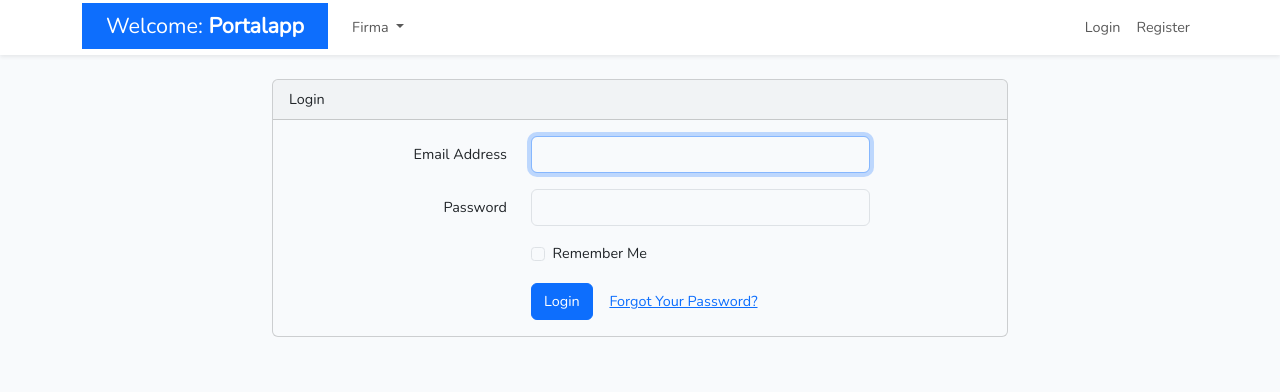
Repository: oguzhansade/portalapp
Page: http://localhost/login
An editor plug-in stored every save of this project. The page is shown before and after the next save, followed by the edit.
The browser window is 1280 px wide. The pictures show the whole page.
The page is served by the project's Laravel application, run on PHP 8.4 with Laravel 9. Style sheets and scripts are compiled from the project's sources, by tool versions that may differ from the author's.

Above is the page before, as saved 2023-06-22 22:12:09.

After the next save:
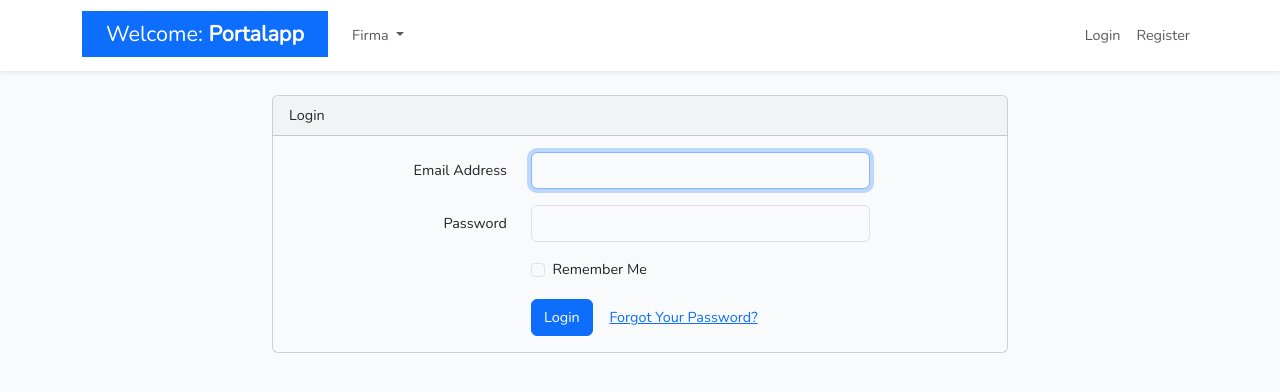
Saved 19 s later.
--- a/resources/views/layouts/app.blade.php
+++ b/resources/views/layouts/app.blade.php
@@ -22,8 +22,8 @@
 </head>
 <body>
     <div id="app">
-        <nav class="navbar navbar-expand-md navbar-light bg-white shadow-sm py-2">
-            <div class="container">
+        <nav class="navbar navbar-expand-md navbar-light bg-white shadow-sm ">
+            <div class="container py-2">
                 <a class="navbar-brand" href="{{ url('/') }}">
                     <span class="h4 px-4 py-2 bg-primary text-white b-shadow rounded-custom">Welcome: <b>{{ config('app.name', 'Laravel') }}</b></span> </span>
                 </a>
